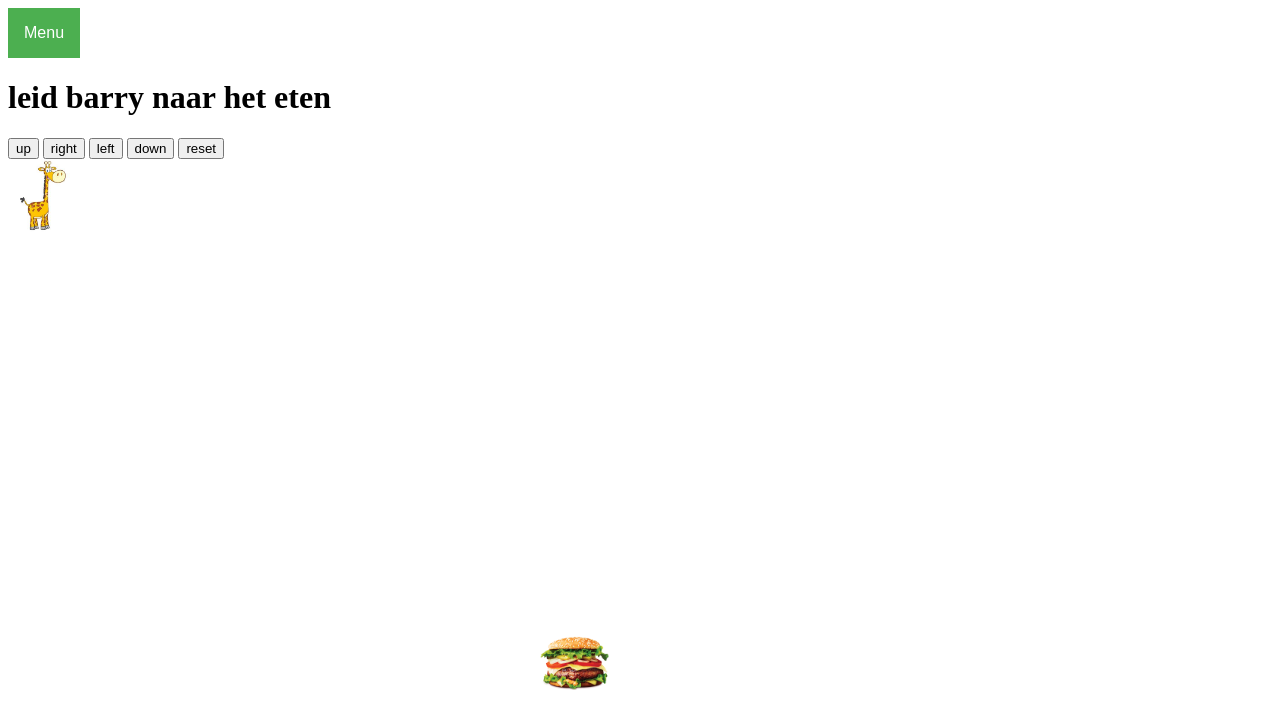
Repository: jochem33/De-beestekes
Page: spel/spelletjes.html
The author's editor kept a record of every edit. The page is drawn from the files as they stood at one moment, then again after the next edit.
The browser window is 1280 px wide. The pictures show the whole page.

Above is the page before.

After the next edit:
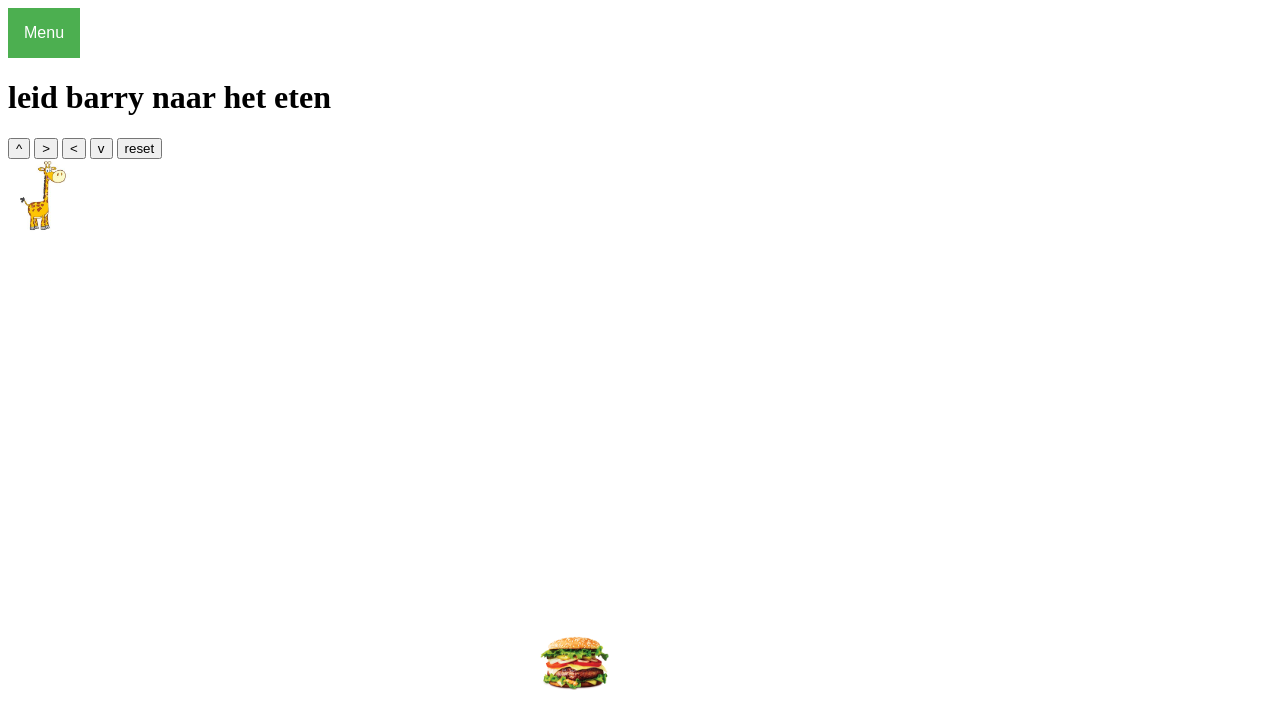
The edit:
--- a/spel/spelletjes.html
+++ b/spel/spelletjes.html
@@ -38,10 +38,10 @@
         </div>
         <h1>leid barry naar het eten</h1>
         </div>
-            <button onclick="up()">up</button>
-            <button onclick="right()">right</button>
-            <button onclick="left()">left</button>
-            <button onclick="down()">down</button>
+            <button onclick="up()">^</button>
+            <button onclick="right()">></button>
+            <button onclick="left()"><</button>
+            <button onclick="down()">v</button>
             <button onclick="reset()">reset</button>
             <div id="animate"><img src="/plaatjes/barry.jpg" id="barry"></img></div>
             <img src="/plaatjes/eten.png" id="eten" class="eten" width="70px" style="left: 540px; bottom: 30px;">
